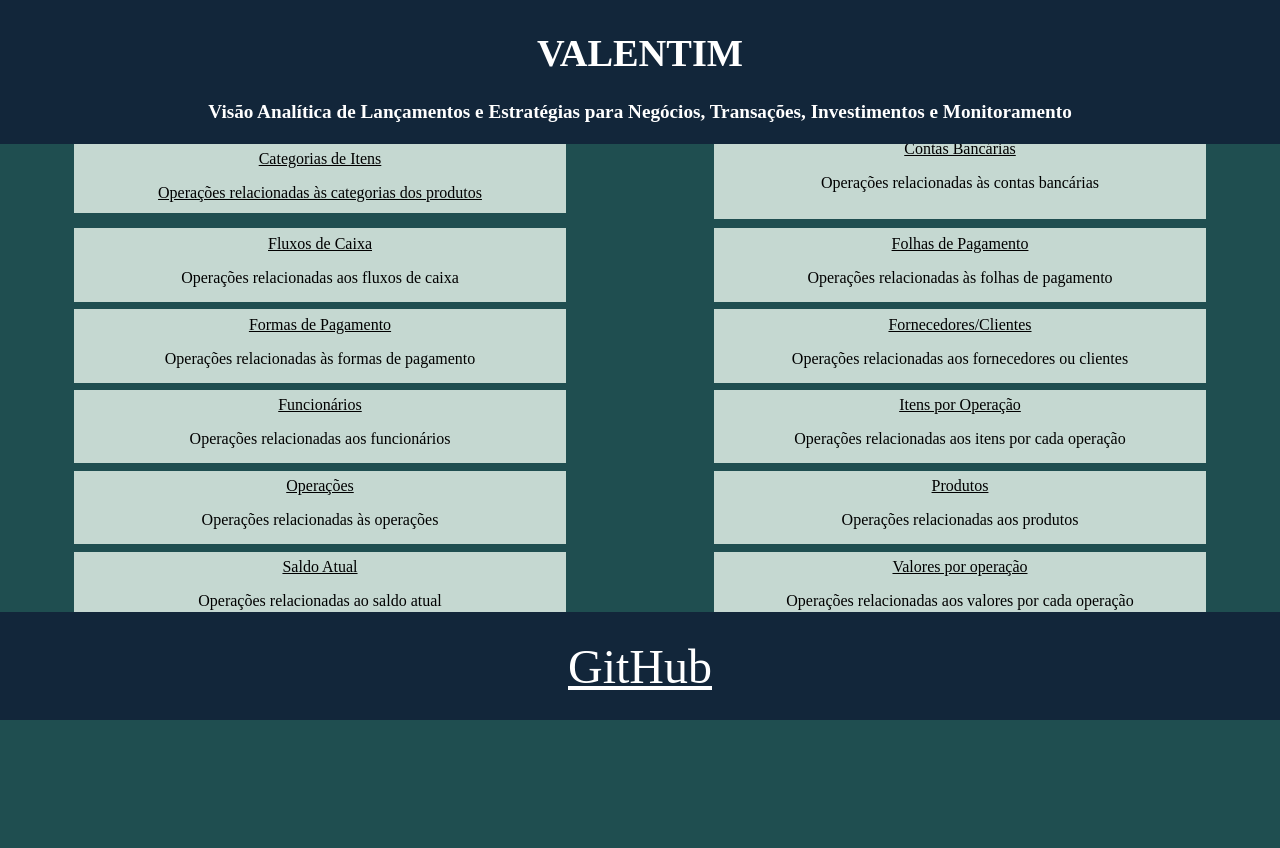
Repository: Matheus-Lacerda009/ERP-Financeiro
Page: Front/menu/menu.html
These files come from the project's save history. The page is drawn as it stood at one moment and after a run of saves; the edit follows.
The browser window is 1280 px wide. The pictures show the whole page.

Above is the page before, as saved 2026-07-13 19:11:26.

After the next 2 saves:
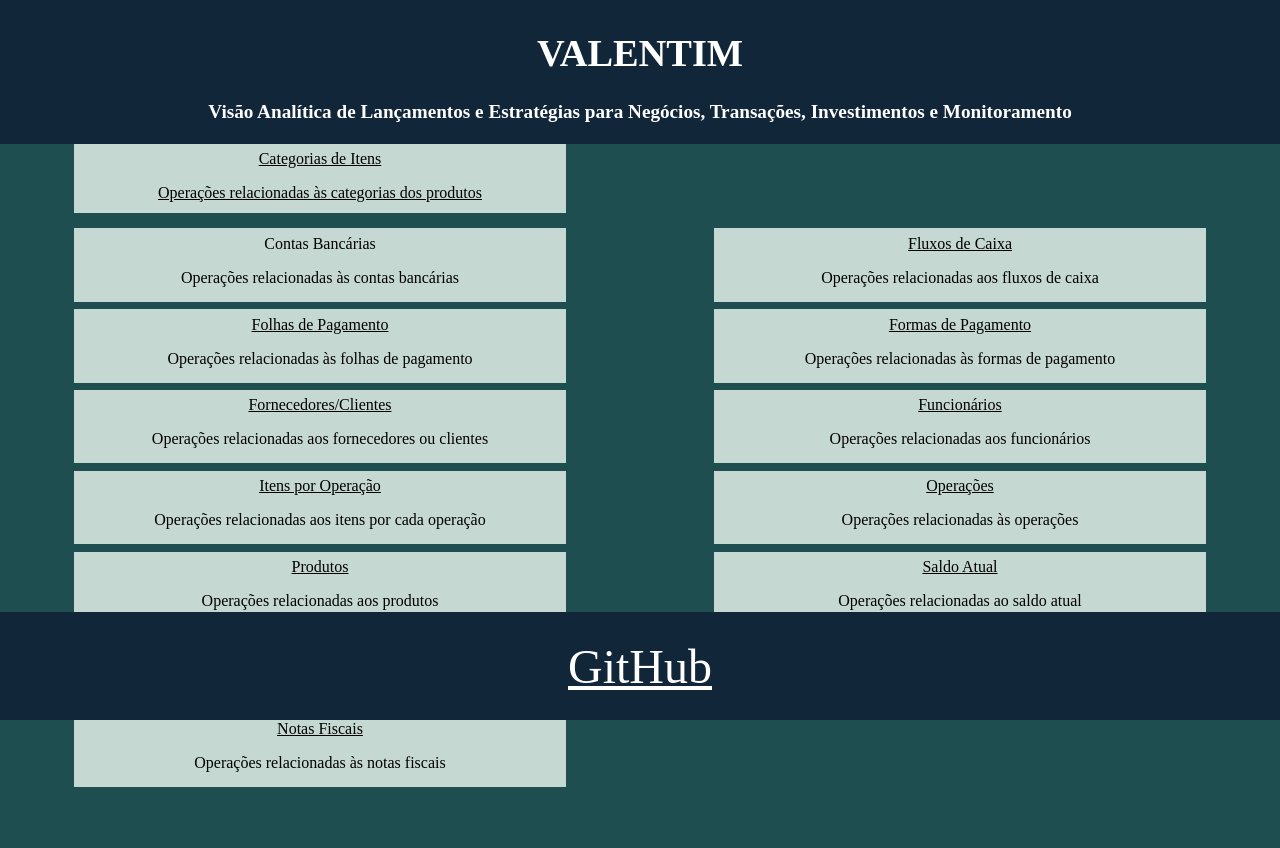
The 2 saves are shown as one change because they came seconds apart.
The last was saved 17 s later.
--- a/Front/menu/menu.html
+++ b/Front/menu/menu.html
@@ -20,8 +20,9 @@
                     <p>Operações relacionadas às categorias dos produtos</p>
                 </div>
             </a>
+            <a href="../conta_bancaria/conta_bancaria.html" class="links"></a>
             <div class="divEntidades">
-                <a href="../conta_bancaria/conta_bancaria.html" class="links">Contas Bancárias</a>
+                Contas Bancárias</a>
                 <p>Operações relacionadas às contas bancárias</p>
             </div>
             <div class="divEntidades">
